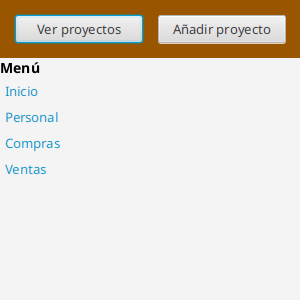
Repository: anxoportela/PROG
Program's window: java Java_Interfaz/ProyectoJavaFX/src/com/acarballeira/javaFX/ejemplo8/App.java
These files come from the project's save history. The program's window is drawn as it stood at one moment and after the next save; the edit follows.
It runs on Java 21 on a 1366 x 768 screen with JavaFX 11; the title bar is not drawn.

Above is the program's window before, as saved 2020-03-05 20:03:26.

After the next save:
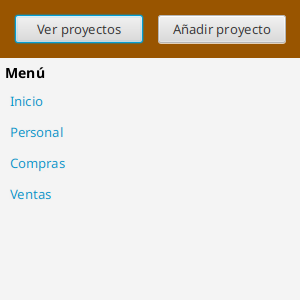
Saved 71 s later.
--- a/Java_Interfaz/ProyectoJavaFX/src/com/acarballeira/javaFX/ejemplo8/App.java
+++ b/Java_Interfaz/ProyectoJavaFX/src/com/acarballeira/javaFX/ejemplo8/App.java
@@ -52,7 +52,8 @@
 
 	private Pane crearVbox() {
 		VBox vbox = new VBox();
-
+		vbox.setSpacing(5);
+		vbox.setPadding(new Insets(5));
 		Text titulo = new Text("Menú");
 		titulo.setFont(Font.font("Arial", FontWeight.BOLD, 14));
 		vbox.getChildren().add(titulo);
